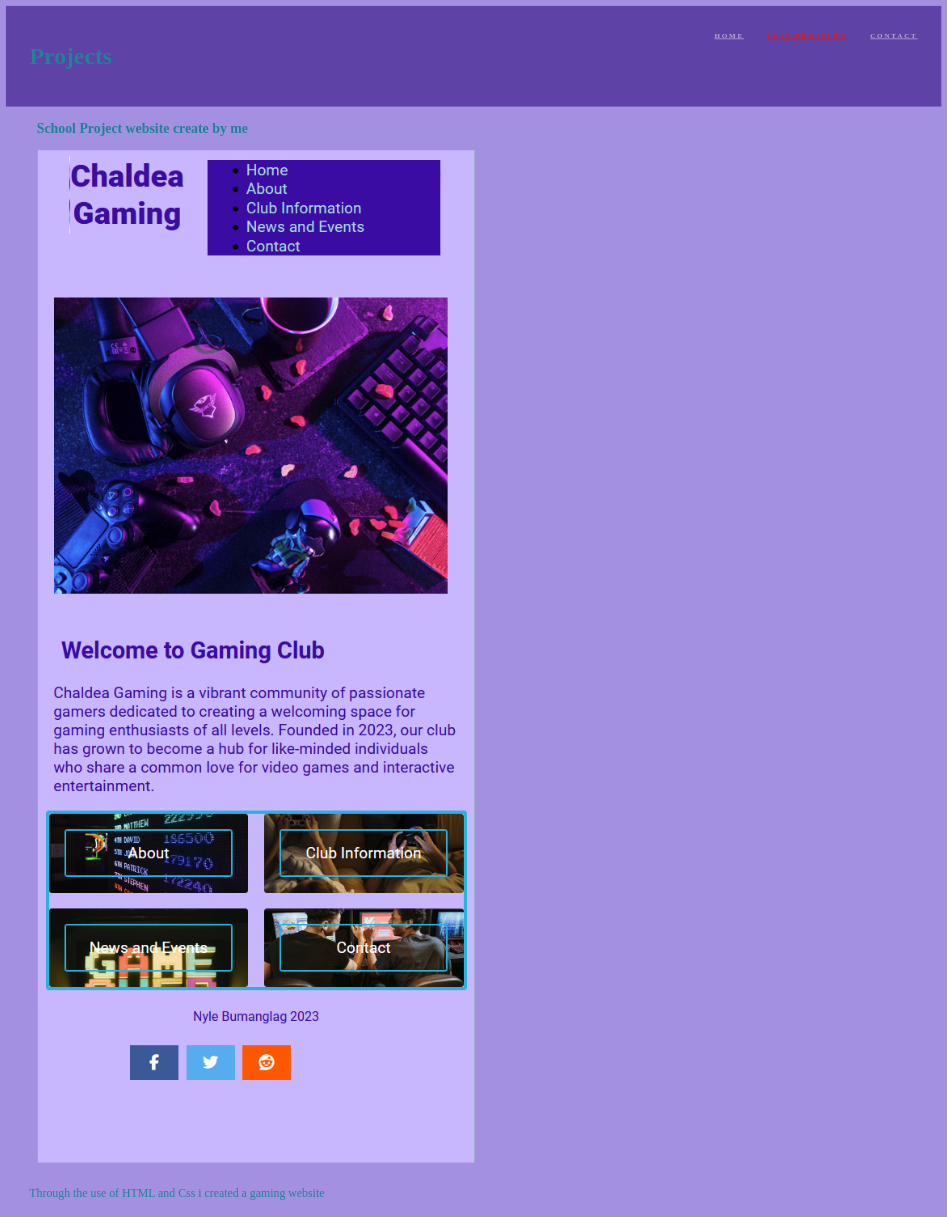
Repository: NyleNC/main
Page: projects.html
These files come from the project's save history. The page is drawn as it stood at one moment and after the next save; the edit follows.
The browser window is 1280 px wide. The pictures show the whole page, at 74% of full size.

Above is the page before, as saved 2024-11-07 00:40:12.

### projects.html
<!DOCTYPE html>
<html lang="en">
<head>
    <meta charset="UTF-8">
    <meta name="viewport" content="width=device-width, initial-scale=1.0">
    <title>Nyle Bumanglag</title>
    <link rel="stylesheet" href="style.css">
</head>
<header id="header"><h1>Projects</h1>
    <nav>
        <ul>
            <li><a href="index.html">Home</a></li>
            <li><a href="projects.html" class="active">Pass Projects</a></li>
            <li><a href="Contact.html">Contact</a></li>
        </ul>
    </nav>
</header>
<body>
    <section >
        <div class="container">
            <div >
            <h3>School Project website create by me </h3>
            <img src="Images/website.png" alt="website"class="image-fit" >
            <p>Through the use of HTML and Css i created a gaming website </p>
        </div>

        </div>



    </section>
</body>
</html>

### style.css
body{
    background: #a490e1;
    color: rgb(32, 129, 151);
}
#header {
display: -moz-flex;
display: -webkit-flex;
display: -ms-flex;
display: flex;
background-color: #5e42a6;
cursor: default;
padding: 1.75em 2em;
}

#header > .title {
border: 0;
color: #ffffff;
 display: block;
font-size: 1.25em;
font-weight: bold;
}

#header > nav {
-moz-flex: 1;
-webkit-flex: 1;
-ms-flex: 1;
flex: 1;
text-align: right;
}
 #header > nav > ul {
 margin: 0;
padding: 0;
}

 #header > nav > ul > li {
 display: inline-block;
margin-left: 1.75em;
 padding: 0;
vertical-align: middle;
}

#header > nav > ul > li:first-child {
margin-left: 0;
}

#header > nav > ul > li a {
  border: 0;
color: rgba(255, 255, 255, 0.542);
display: inline-block;
 font-size: 0.6em;
font-weight: bold;
letter-spacing: 0.25em;
text-transform: uppercase;
}
 #header > nav > ul > li a:hover {
color: rgb(144, 225, 164)
}
#header > nav > ul > li a.active {
color: #dd1a1a;
}

.image-fit {
 display: block;
 margin: 0 0 2em 0;
 width: 100%;
}
 .container{
    margin: 0 auto;
    gap: 1em;
    display: grid;
    grid-template-columns:  1fr 1fr;
	width: 95%;
    height: auto;

}
.container h3 , img{
    padding-left: 10px;
}

After the next save:
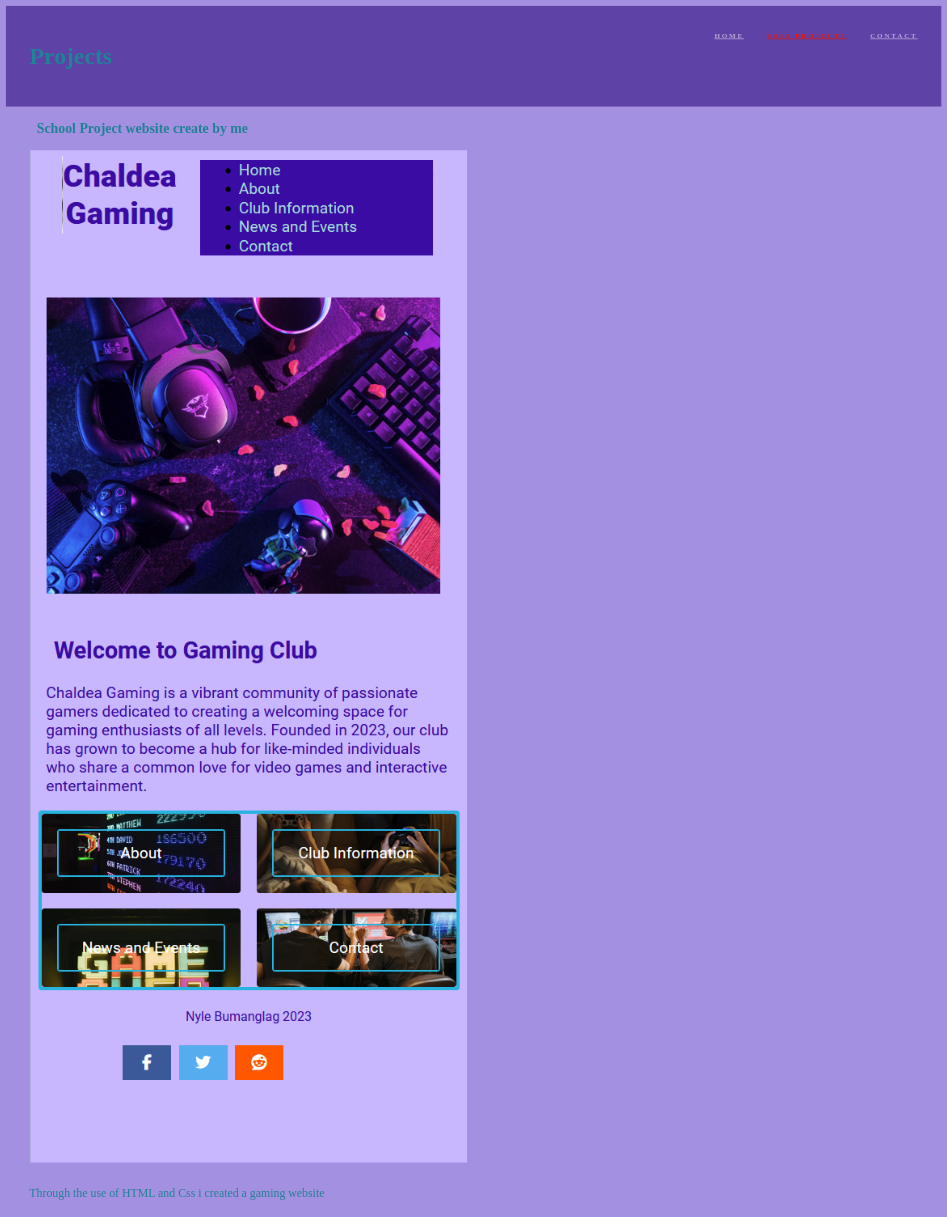
Saved 22 s later.
--- a/style.css
+++ b/style.css
@@ -73,6 +73,6 @@ color: #dd1a1a;
     height: auto;
 
 }
-.container h3 , img{
+.container h3{
     padding-left: 10px;
 }
